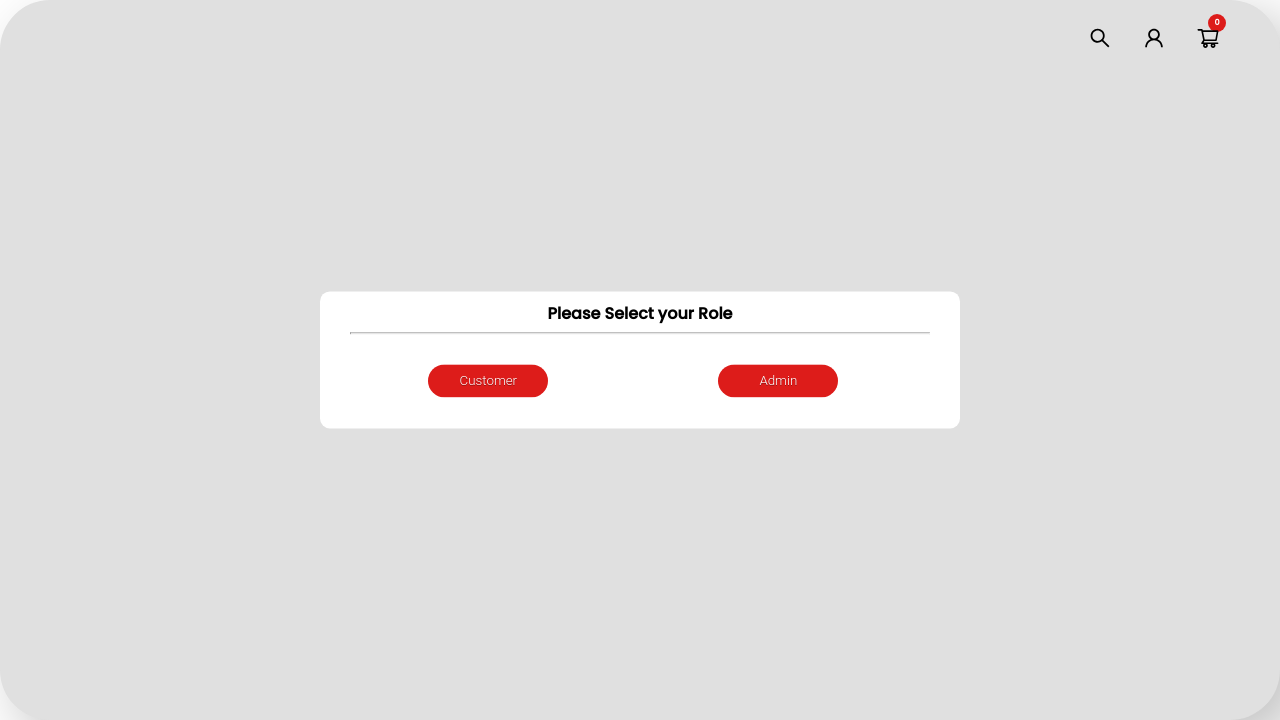
Repository: coolronts/aize-project
Page: /cart
An editor plug-in stored every save of this project. The page is shown before and after the next save, followed by the edit.
The browser window is 1280 px wide. The pictures show the whole page.
The project was rebuilt for these pictures with package versions that can differ from the ones it lists, and the page was loaded fresh each time. Also part of the build but not shown: src/components/CartItem/CartItem.tsx, src/pages/Shop/shop.module.css, src/components/Card/Card.tsx, src/components/EditModal/editModal.module.css, src/components/EditModal/EditModal.tsx, src/components/AddModal/addModal.module.css, src/components/AddModal/AddModal.tsx, src/pages/Shop/Shop.tsx.

Above is the page before, as saved 2021-09-17 11:40:40.

### src/index.css
* {
    line-height: 1.6;
}

h1 {
    font-size: 2em;
}

h2 {
    font-size: 1.5em;
}

h3 {
    font-size: 1.17em;
}

h4 {
    font-size: 1em;
}

### src/App.tsx
import React, { useState, useEffect } from 'react';
import {BrowserRouter,Switch,Route} from 'react-router-dom';

//components
import Cart from "./pages/Cart/Cart"
import Shop from "./pages/Shop/Shop"
import Modal from "./components/Modal/Modal"
import Header from "./components/Header/Header"

//context
import {UserContextProvider} from './context/user'
import {CommonContextProvider} from './context/common'

//interface
import {ProductCartType, IProduct} from './interfaces'

//api
import {Get, Delete} from './api/api'

const App: React.FunctionComponent = () => {
  //States
  //user States
  const [id, setId] = useState<number|null>(null)
  const [role, setRole]= useState<'ADMIN'|'CUSTOMER'|null>(null)

  //product States
  const [products, setProducts] = useState<ProductCartType[]>([])
  const [allProducts, setAllProducts] = useState<IProduct[]>([])
  const [cartQty, setCartQty] = useState<number>(0)

  //common States
  const [isLoading,setIsLoading] = useState<boolean>(false)
  const updateIsLoading = (state:boolean)=>{setIsLoading(state)}

  const [isError,setIsError] = useState<boolean>(false)
  const updateIsError = (state:boolean)=>{setIsError(state)}

  const [isEdit, setIsEdit] = useState<string>('')
  const updateIsEdit = (type:string)=>{setIsEdit(type)}

  const [isAdd, setIsAdd] = useState<boolean>(false)
  const updateIsAdd = (state:boolean)=>{setIsAdd(state)}


  const [selectedProduct, setSelectedProduct] = useState<IProduct>({} as IProduct)
  const updateSelectedProduct = (product: IProduct)=>{setSelectedProduct(product)}


  const getAllProducts = ()=>{
    updateIsLoading(true)
    Get.getProducts()
    .then(response => (setAllProducts(response)))
    .catch(error => (setIsError(error)))
    updateIsLoading(false)
  }

  const DeleteProduct = (id:number)=>{
    updateIsLoading(true)
    Delete.deleteProduct(id)
    .then(() => getAllProducts())
  }

  const addUser = (_id:number) =>{
    updateIsLoading(true)
    setId(()=>_id);
    (_id%2===0) ? setRole(()=>'CUSTOMER') : setRole(()=>'ADMIN')
    updateIsLoading(false)
  }

  const addProduct = (_id:number, _quantity:number) =>{
    const foundProduct = products.find(x => x.id === _id)
    if(foundProduct){foundProduct.quantity += _quantity}
    else{setProducts(products.concat({id:_id,quantity:_quantity}))}
    setCartQty(()=>cartQty+1)
  }

  const addCart = async (_cart:ProductCartType[])=>{setProducts(()=>(_cart))}

  useEffect(() =>{
    if(id != null){
      updateIsLoading(true)
      Get.getUserCart(id)
      .then(response =>{
        if(response.products != null){
          addCart(response.products)
          let totalQty = 0
          response.products.map((product) => totalQty += product.quantity)
          setCartQty(totalQty)
          updateIsLoading(false)}
        }
      )}
  },[id])


  const userContextValues ={Cart:{id,products},cartQty, role,addUser,addProduct, addCart, DeleteProduct}
  const commonContextValues = {selectedProduct, updateSelectedProduct, isLoading, isError, updateIsError, updateIsLoading, allProducts,  getAllProducts, isEdit, updateIsEdit, isAdd, updateIsAdd}


  return (
    <CommonContextProvider value={commonContextValues}>
      <UserContextProvider value={userContextValues}>
        {(id==null || isLoading ) && <Modal/>}
        <BrowserRouter>
          <Header/>
          <Switch>
            <Route path="/" exact component={Shop}/>
            {<Route path="/cart" exact component={Cart}/>}
          </Switch>
        </BrowserRouter>
      </UserContextProvider>
    </CommonContextProvider>
  )
};

export default App;

### src/pages/Cart/Cart.tsx
import React,{useContext,  useState} from 'react';
import styles from './cart.module.css';
import {AiFillTag} from "react-icons/ai";

//components
import CartItem from '../../components/CartItem/CartItem'

//context
import UserContext from '../../context/user'
const Cart: React.FunctionComponent = () => {

  const userContext = useContext(UserContext)
  const productsList = userContext.Cart.products

  const[total,setTotal]= useState<number>(0)

  const updateTotal = (newPrice:number):void =>{setTotal((prevState)=>newPrice+prevState)}

  return (
    <div className={styles.container}>
      <div className={styles.shoppingBag}>
        <h1>Shopping Bag</h1>
        <div className={styles.signInContainer}>
          <p>Have an Account? Sign in and Save time.</p>
          <button>Sign In </button>
        </div>
        <div className={styles.cart}>
          <h2>Qty: {userContext.cartQty} </h2>
          <hr/>
          {productsList.map((item,index) => {
            return (
              <div key={index}>
                <CartItem id={item.id} qty={item.quantity}  updateTotal={updateTotal}/>
              </div>
            )
          })}
        </div>
      </div>
      <div className={styles.orderSummary}>
        <h2>Order Summary</h2>
        <div className={styles.promoCode}>
          <AiFillTag/>
          <h4>Have a Promo Code?</h4>
        </div>
        <div className={styles.price}>
          <h4>Merchandise:</h4>
          <strong>{total} NOK</strong>
        </div>
        <div className={styles.price}>
          <h4>Estimated Ship:</h4>
          <strong>Free</strong>
        </div>
        <hr/>
        <div className={styles.price}>
          <h3><strong>Order Total</strong></h3>
          <strong>{total} NOK</strong>
        </div>
        <div className={styles.PayButtonContainer}>
          <button>Proceed to Checkout</button>
        </div>
      </div>
    </div>
  )
};

export default Cart;

### src/components/Modal/Modal.tsx
import React, { useContext } from 'react';
import styles from './modal.module.css'

//context
import UserContext from '../../context/user'
import CommonContext from '../../context/common'

const Modal: React.FunctionComponent = () => {
  const userContext = useContext(UserContext)
  const commonContext = useContext(CommonContext)

  return (
    <div className={styles.container}>
      <div className={styles.modal}>
        {commonContext.isLoading ?
          <div className={styles.loaderContainer}>
            <div className={styles.loader}></div>
          </div>

        :
          <>
            <h4>Please Select your Role</h4>
            <hr/>
            <div className={styles.buttonContainer}>
              <button onClick={()=>{!userContext.Cart.id && userContext.addUser(Math.floor(Math.random() * 49)*2)}}>Customer</button>
              <button onClick={()=>{!userContext.Cart.id && userContext.addUser(Math.floor(Math.random() * 49)*2 + 1)}}>Admin</button>
            </div>
          </>
        }
      </div>
    </div>
  )
}

export default Modal

### src/components/Header/Header.tsx
import React, {useContext} from 'react';
import styles from './header.module.css';
import {Link} from "react-router-dom";
//component
import Logo from '../Logo/Logo'
//context
import UserContext from '../../context/user';

const Header: React.FunctionComponent = () => {
  const userContext = useContext(UserContext)
  const role = userContext.role

  return (
    <header>
      <div>
        <Link to="/" className={styles.linkStyle}><h1>Shopper</h1></Link>
      </div>
      <h3 className={styles.role}> <span>you're logged in as </span>{role}</h3>
      <div className={styles.logoContainer}>
        <Logo logo={"search"}/>
        <Logo logo={"user"}/>
        <Logo logo={"cart"}/>
      </div>
    </header>
  )
}

export default Header

### src/context/user.ts
import { createContext } from "react";
import {IUserProp, ProductCartType} from '../interfaces'

//initializing the state
const UserContext = createContext<IUserProp>({
  Cart:{id:null,products:[]},
  role:null,
  cartQty: 0,
  addCart:(products:ProductCartType[])=>{},
  addUser:(id:number)=>{},
  addProduct:(id:number)=>{},
  DeleteProduct:(id:number)=>{}
})

export const UserContextConsumer = UserContext.Consumer;
export const UserContextProvider = UserContext.Provider;
export default UserContext;

### src/context/common.ts
import { createContext } from "react";
import {ICommon,IProduct} from '../interfaces'

//initializing the state
const CommonContext = createContext<ICommon>({
  isLoading:false,
  isError:false,
  updateIsLoading:(state:boolean) =>{},
  updateIsError:(state:boolean) =>{},
  allProducts:[],
  getAllProducts:()=>{},
  isEdit:'',
  updateIsEdit:(type:string)=>{},
  selectedProduct:{} as IProduct,
  updateSelectedProduct:(product:IProduct|null)=>{},
  isAdd:false,
  updateIsAdd:(state:boolean)=>{}
})

export const CommonContextConsumer = CommonContext.Consumer;
export const CommonContextProvider = CommonContext.Provider;
export default CommonContext;

### src/api/api.ts
import axios, {AxiosResponse} from 'axios';
import {IProduct, UserCartType} from '../interfaces'

const instance = axios.create({
  baseURL: 'http://localhost:8080',
  timeout: 15000,
});

const responseBody = (response: AxiosResponse) => response.data;

const requests = {
	get: (url: string) => instance.get(url).then(responseBody),
  delete: (url: string) => instance.delete(url).then(responseBody),
  put: (url: string, body: {}) => instance.put(url, body).then(responseBody),
  post: (url: string, body: {}) => instance.post(url, body).then(responseBody),
};


export const Get={
  getProducts: (): Promise<IProduct[]> => requests.get('products'),
  getUserCart: (id:number): Promise<UserCartType> => requests.get('carts/'+ id),
  getProduct: (id:number): Promise<IProduct> => requests.get('products/'+ id),
  searchProduct: (query:string): Promise<IProduct[]> => requests.get('products?q='+ query),
}

export const Delete={
  deleteProduct: (id:number): Promise<void> => requests.delete('products/'+id)
}

export const Put={
  updateProduct: (post: IProduct, id: number): Promise<IProduct> =>requests.put('/products/' + id, post)
}
export const Post={
  addProduct: (post: IProduct): Promise<IProduct> =>requests.post('/products', post)}

### src/pages/Cart/cart.module.css
strong {
    font-weight: 600;
}

.container {
    padding: 24px 80px;
    display: flex;
}

.shoppingBag {
    width: 80%;
    padding: 12px 0px;
}

.signInContainer {
    margin-bottom: 12px;
    margin-top: 12px;
    display: flex;
    align-items: center;
    justify-content: space-between;
}

.cart {
    padding-top: 46px;
}

.orderSummary {
    padding: 12px 24px 12px 24px;
    width: 50%;
}

.promoCode {
    display: flex;
    margin-top: 20px;
    margin-bottom: 20px;
    border: 2px solid #dd1c1a;
    padding: 12px 12px 12px 12px;
    width: 100%;
    text-align: center;
}

.price {
    display: flex;
    justify-content: space-between;
    margin-bottom: 20px;
}

.PayButtonContainer>button {
    margin-top: 20px;
    width: 100%;
}

.buttonContainer {
    margin-top: 24px;
    display: flex;
    justify-content: center;
}

button {
    cursor: pointer;
    width: 120px;
    background-color: #dd1c1a;
    display: inline-block;
    padding: 0.3em 1.2em;
    margin: 0 1em 0.1em 0;
    border: 0.16em solid rgba(255, 255, 255, 0);
    border-radius: 2em;
    box-sizing: border-box;
    text-decoration: none;
    font-family: 'Roboto', sans-serif;
    font-weight: 300;
    color: white;
    text-shadow: 0 0.04em 0.04em rgba(0, 0, 0, 0.35);
    text-align: center;
    transition: all 0.2s;
}

button:hover {
    border-color: rgba(255, 255, 255, 1);
}

@media screen and (max-width: 800px) {
    h1 {
        font-size: 14px;
    }
    h2 {
        font-size: 10px;
    }
    p {
        font-size: 12px;
    }
    button {
        width: 120px;
        border-radius: 0.3em;
        padding: 0.1em 0.4em;
    }
    .container {
        padding: 24px 24px;
    }
    .shoppingBag {
        width: 80%;
        padding: 12px 12px;
        text-align: left;
    }
    .signInContainer {
        margin-bottom: 0px;
        margin-top: 0px;
    }
    .cart {
        padding-top: 12px;
    }
    .orderSummary {
        display: none;
    }
}

### src/components/Modal/modal.module.css
.container {
    width: 100%;
    height: 100%;
    position: fixed;
    border-radius: 50px;
    background: #e0e0e0;
    box-shadow: 20px 20px 60px #bebebe, -20px -20px 60px #ffffff;
}

.modal {
    text-align: center;
    background-color: white;
    border-radius: 10px;
    padding: 10px 30px;
    width: 50%;
    position: absolute;
    top: 50%;
    left: 50%;
    transform: translate(-50%, -50%);
}

.buttonContainer {
    display: flex;
    margin: 20px 0;
    justify-content: space-around;
    flex-wrap: wrap;
}

.buttonContainer>button {
    margin-top: 10px;
}

.loaderContainer {
    padding: 10px 30px 10px 30px;
    width: 100%;
    height: 100%;
    display: flex;
    justify-content: center;
}

.loader {
    position: relative;
    border: 16px solid #f3f3f3;
    border-radius: 50%;
    border-top: 16px solid #3498db;
    width: 120px;
    height: 120px;
    -webkit-animation: spin 2s linear infinite;
    /* Safari */
    animation: spin 2s linear infinite;
}


/* Safari */

@-webkit-keyframes spin {
    0% {
        -webkit-transform: rotate(0deg);
    }
    100% {
        -webkit-transform: rotate(360deg);
    }
}

@keyframes spin {
    0% {
        transform: rotate(0deg);
    }
    100% {
        transform: rotate(360deg);
    }
}

@media screen and (max-width: 800px) {
    .container {
        text-align: center;
    }
}

### src/components/Header/header.module.css
header {
    box-shadow: 0 1px 3px 0 rgba(0, 0, 0, 0.1), 0 1px 2px 0 rgba(0, 0, 0, 0.06);
    padding: 12px 36px;
    display: flex;
    justify-content: space-between;
    align-items: center;
}

.logoContainer {
    display: flex;
}

.role {
    color: #dd1c1a;
}

.role>span {
    font-size: 12px;
    margin-right: 3px;
    color: black;
}

.linkStyle {
    text-Decoration: none;
    color: black;
}

@media screen and (max-width: 800px) {
    .linkStyle>h1 {
        font-size: 16px;
    }
}

### src/components/Logo/Logo.tsx
import React, {useContext, useState} from 'react'
import styles from './logo.module.css'
import {Link} from "react-router-dom"

//icons
import {MdCancel} from "react-icons/md"
import { AiOutlineShoppingCart, AiOutlineUser, AiOutlineSearch } from 'react-icons/ai';

//interface
import {IProduct} from '../../interfaces'

//context
import UserContext from '../../context/user'

//api
import {Get} from "../../api/api"

const Logo: React.FunctionComponent<{logo:string}>= ({logo}) => {
  const userContext = useContext(UserContext)

  const [searchItems, setSearchItems] = useState<IProduct[]>([])
  const [isSearch, setIsSearch] = useState<boolean>(false)

  const search = (keyword:any) =>{
    if(keyword.length===0){
      setIsSearch(false)
    }
    else{
      setIsSearch(true)
      Get.searchProduct(keyword)
      .then(result => {setSearchItems(()=>result.slice(0,5))})
    }
  }
  return (
    <>
      {logo==="cart" && (
        <Link to="/cart">
          <div className={styles.logoContainer}>
            <AiOutlineShoppingCart className={styles.icon}/>
            {userContext.Cart.products != null && (<p className={styles.badge}>{userContext.cartQty}</p>)}
          </div>
        </Link>
      )}

      {logo==="user" && (
        <div className={styles.logoContainer}>
         <AiOutlineUser className={styles.icon}/>
        </div>
      )}

      {logo==="search" && (
        <>
          { isSearch && <div className={styles.searchContainer}>
            <input type="text" onChange={(e)=>search(e.target.value)} className={styles.searchBox}/>
            <MdCancel onClick={()=>setIsSearch(false)}  />
            <>
              {isSearch &&
                <div className={styles.suggestionContainer}>
                  {isSearch && searchItems.map((item,index)=>{
                    return(
                      <div key={index} className={styles.suggestionContainer}>
                        <div className={styles.suggestion}>
                          <div className={styles.imageContainer}>
                            <img src={item.defaultImage} alt="product"/>
                          </div>

                          <div className={styles.info}>
                            <p className={styles.name}>{item.name}</p>
                            <p>Price: {item.price} Nok</p>
                            <p>Discount:  -{item.discount}%</p>
                          </div>
                        </div>
                        <hr></hr>
                      </div>
                     )
                  })}
                </div>
              }
            </>
          </div>}

          <div onClick={()=>{
            setIsSearch(true)
            setSearchItems([])
            }} className={styles.logoContainer}>
            <AiOutlineSearch  className={styles.icon}/>
          </div>
        </>
      )}
    </>
  )
}

export default Logo

### src/components/CartItem/cartItem.module.css
strong {
    font-weight: 600;
}

.product {
    display: flex;
    margin-top: 20px;
    border-bottom: 2px solid whitesmoke;
    padding-bottom: 10px;
}

.imageContainer>img {
    width: 200px;
}

.productInfo {
    height: inherit;
    display: flex;
    flex-direction: column;
    justify-content: space-between;
    margin-left: 20px;
    width: 50%;
}

.vl {
    border-left: 2px solid #D3D3D3;
    height: 60px;
    align-self: center;
}

.productSummary {
    margin-left: 20px;
    display: flex;
    flex-direction: column;
    justify-content: center;
    text-align: center;
    color: #dd1c1a;
    width: 45%;
}

@media screen and (max-width: 800px) {
    h1 {
        font-size: 14px;
    }
    h2 {
        font-size: 10px;
    }
    p {
        font-size: 12px;
    }
    .product {
        flex-direction: column;
    }
    .imageContainer>img {
        width: 200px;
    }
    .productInfo {
        margin-left: 0px;
        width: 100%;
    }
    .vl {
        display: none
    }
    .productSummary {
        margin-left: 0px;
        flex-direction: row;
        justify-content: flex-start;
        text-align: left;
    }
}

### src/components/Logo/logo.module.css
.logoContainer {
    position: relative;
    cursor: pointer;
    border-radius: 18px;
    padding: 18px;
    z-index: 1;
    margin-right: 18px;
}

.logoContainer:hover {
    box-shadow: 0 5px 10px rgba(146, 61, 36, 0.05), 0 15px 40px rgba(165, 83, 63, 0.2);
}

.icon {
    position: absolute;
    font-size: 24px;
    color: black;
    z-index: 5;
    top: 0;
    bottom: 0;
    left: 0;
    right: 0;
    margin: auto auto auto auto;
}

.badge {
    position: absolute;
    background-color: #dd1c1a;
    color: white;
    font-weight: bold;
    font-size: 8px;
    width: 18px;
    height: 18px;
    border-radius: 50%;
    text-align: center;
    top: -6px;
    line-height: 18px;
}

.searchContainer {
    width: 100%;
    height: 100%;
    left: 0;
    padding: 2% 20%;
    position: fixed;
    background: rgba( 255, 255, 255, 1);
    box-shadow: 0 8px 32px 0 rgba( 31, 38, 135, 0.37);
    backdrop-filter: blur( 4px);
    -webkit-backdrop-filter: blur( 4px);
    border-radius: 10px;
    border: 1px solid rgba( 255, 255, 255, 0.18);
    z-index: 20;
    text-align: center;
    overflow-y: scroll;
}

.searchContainer>input {
    margin-top: 5%;
    border-radius: 12px;
    outline: none;
    border: 1px solid black;
    padding: 0.5em 1em 0.5em 1em;
}

.suggestion {
    padding-top: 10px;
    display: flex;
    justify-content: center;
    align-items: center;
    margin-bottom: 3px;
    margin-top: 10px;
    width: 100%;
    border-radius: 12px;
}

.suggestion:hover {
    background-color: gainsboro;
}

.imageContainer {
    padding: 20px;
}

.imageContainer>img {
    width: 100px;
}

.info {
    display: flex;
    flex-direction: column;
    text-align: left;
    width: 60%;
}

.name {
    font-size: 18px;
}

.price {
    margin-top: 5px;
    width: 60%;
    display: flex;
    justify-content: space-around;
    width: 100%;
    font-size: 12px;
}

.suggestion>img {
    width: 5%;
    border-radius: 12px;
}

hr {
    margin-top: 5px;
}

@media screen and (max-width: 800px) {
    .logoContainer {
        margin-right: 0px;
    }
    .icon {
        font-size: 16px;
    }
    h3 {
        display: none;
    }
    h3>span {
        display: block;
    }
    .searchContainer {
        position: fixed;
        left: 0;
        top: 0;
        padding: 20px 20px;
    }
    .suggestion {
        align-items: center;
        margin-bottom: 3px;
        margin-top: 10px;
        width: 100%;
        margin-left: 0%;
    }
}

Loaded but not shown: public/index.html (common file); src/index.tsx (common file); src/components/Card/card.module.css (144 lines, source omitted)

After the next save:
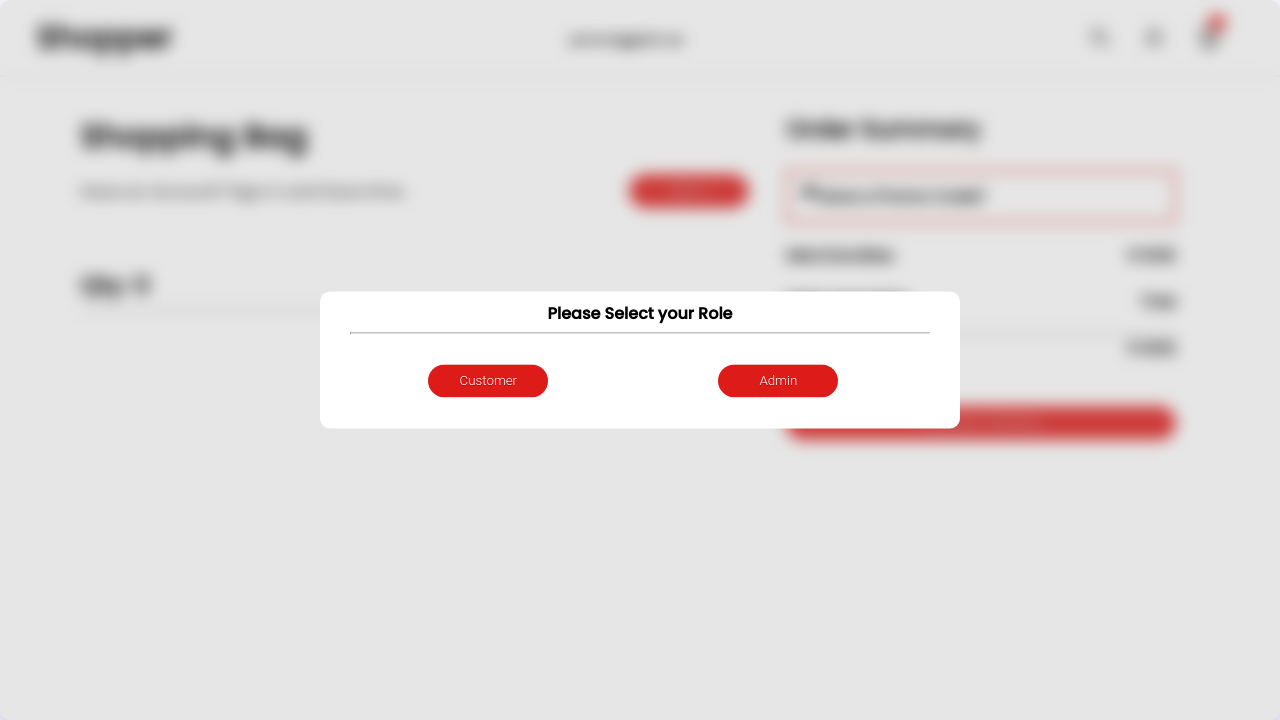
Saved 13 s later.
--- a/src/components/Modal/modal.module.css
+++ b/src/components/Modal/modal.module.css
@@ -2,9 +2,12 @@
     width: 100%;
     height: 100%;
     position: fixed;
-    border-radius: 50px;
-    background: #e0e0e0;
-    box-shadow: 20px 20px 60px #bebebe, -20px -20px 60px #ffffff;
+    background: rgba( 155, 155, 155, 0.25);
+    box-shadow: 0 8px 32px 0 rgba( 31, 38, 135, 0.37);
+    backdrop-filter: blur( 8px);
+    -webkit-backdrop-filter: blur( 8px);
+    border-radius: 10px;
+    z-index: 20;
 }
 
 .modal {
